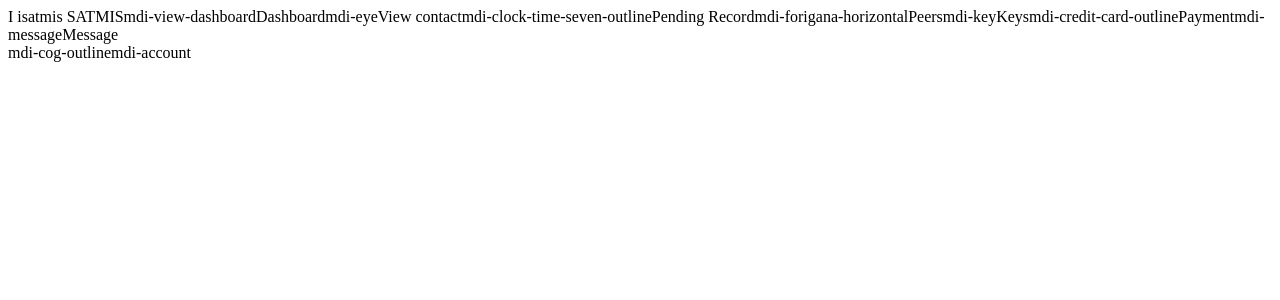
Repository: umarrg/isatmis
Page: /home
An editor plug-in stored every save of this project. The page is shown before and after the next save, followed by the edit.
The browser window is 1280 px wide. The pictures show the whole page.
The project was rebuilt for these pictures with package versions that can differ from the ones it lists, and the page was loaded fresh each time. Also part of the build but not shown: vue.config.js. Imported but missing from the stored project, and not drawn on this page: src/plugins/vuetify.

Above is the page before, as saved 2021-01-26 00:13:12.

After the next save:
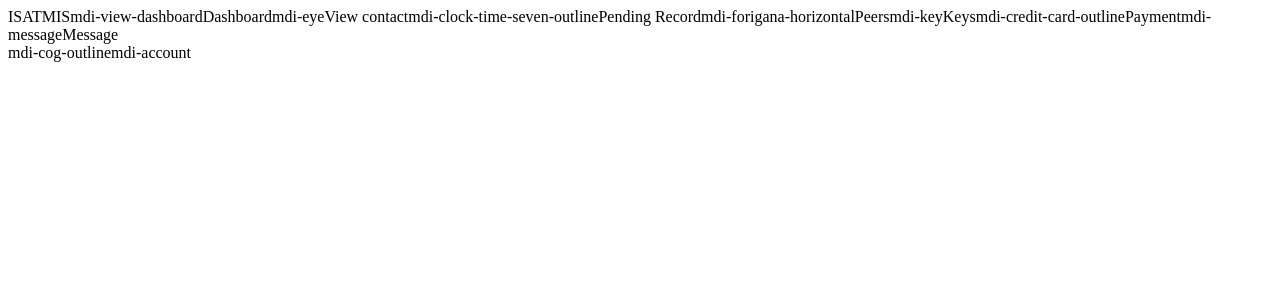
Saved 5 s later.
--- a/src/components/Navbar.vue
+++ b/src/components/Navbar.vue
@@ -32,7 +32,7 @@
       <v-layout column align-center>
         <v-flex class="mt-7 mb-8">
           <span class="text-h4 white--text font-weight-light">
-            <span class="blue--text font-weight-black">I</span>   isatmis
+            <span class="blue--text font-weight-black">I</span>
             <span class="blue--text font-weight-black">S</span>
             <span class="blue--text font-weight-black">A</span>
             <span class="blue--text font-weight-black">T</span>
